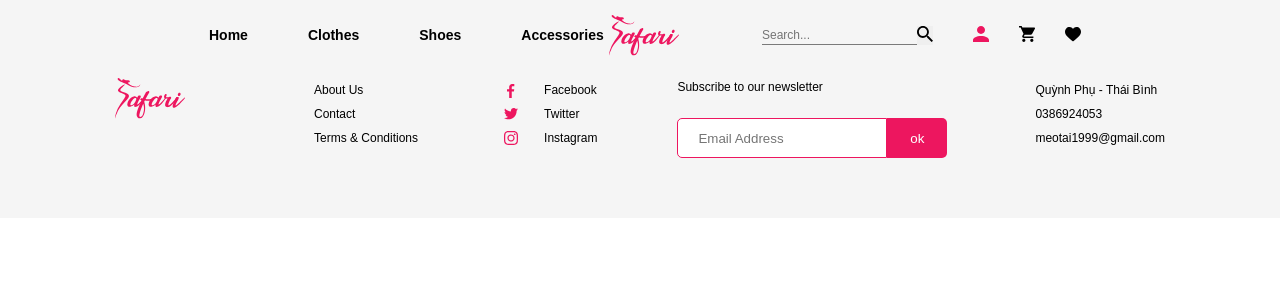
Repository: tboy1999/safari
Page: views/user.html
An editor plug-in stored every save of this project. The page is shown before and after the next save, followed by the edit.
The browser window is 1280 px wide. The pictures show the whole page.
Some web libraries are served in a nearby version. The style sheet was rebuilt from its Sass, Less or Tailwind sources for each picture, by a compiler version that may differ from the author's.

Above is the page before, as saved 2022-04-28 14:57:29.

### views/user.html
<!DOCTYPE html>
<html lang="en">
<head>
  <meta charset="UTF-8">
  <meta http-equiv="X-UA-Compatible" content="IE=edge">
  <meta name="viewport" content="width=device-width, initial-scale=1.0">
  <title>user</title>
  <link rel="shortcut icon" href="./image/logo/Logo.svg" type="image/x-icon">
  <link rel="preconnect" href="https://fonts.googleapis.com">
  <link rel="preconnect" href="https://fonts.gstatic.com" crossorigin>
  <link rel="stylesheet" href="https://cdnjs.cloudflare.com/ajax/libs/font-awesome/6.1.1/css/all.min.css" integrity="sha512-KfkfwYDsLkIlwQp6LFnl8zNdLGxu9YAA1QvwINks4PhcElQSvqcyVLLD9aMhXd13uQjoXtEKNosOWaZqXgel0g==" crossorigin="anonymous" referrerpolicy="no-referrer" />
  <link rel="stylesheet" href="../css/grid.css">
  <link rel="stylesheet" href="../css/user.css">
</head>
<body>
  <header id="header" class="header">
    <div class="container">
      <div class="header__container facenter">
        <ul class="header__list facenter fz14-fw600">
          <li class="header__item"><a href="../index.html" class="header__link">Home</a></li>
          <li class="header__item"><a href="./clothes.html" class="header__link">Clothes</a></li>
          <li class="header__item"><a href="./shoes.html" class="header__link">Shoes</a></li>
          <li class="header__item"><a href="./accessories.html" class="header__link">Accessories</a></li>
        </ul>
        <form class="header__search facenter">
          <input type="text" placeholder="Search..." class="fz12">
          <button type="submit"><img src="../image/header/search.svg" alt=""></button>
        </form>
        <div class="header__feature facenter">
          <a href="#" class="header__feature--active">
            <svg width="16" height="16" viewBox="0 0 16 16" fill="inherit" xmlns="http://www.w3.org/2000/svg">
            <path d="M8 0C9.06087 0 10.0783 0.421427 10.8284 1.17157C11.5786 1.92172 12 2.93913 12 4C12 5.06087 11.5786 6.07828 10.8284 6.82843C10.0783 7.57857 9.06087 8 8 8C6.93913 8 5.92172 7.57857 5.17157 6.82843C4.42143 6.07828 4 5.06087 4 4C4 2.93913 4.42143 1.92172 5.17157 1.17157C5.92172 0.421427 6.93913 0 8 0ZM8 10C12.42 10 16 11.79 16 14V16H0V14C0 11.79 3.58 10 8 10Z"/>
            </svg>
          </a>
          <a href="./cart.html">
            <svg width="16" height="16" viewBox="0 0 16 16" fill="inherit" xmlns="http://www.w3.org/2000/svg">
              <path d="M12.8 12.8C11.912 12.8 11.2 13.512 11.2 14.4C11.2 14.8243 11.3686 15.2313 11.6686 15.5314C11.9687 15.8314 12.3757 16 12.8 16C13.2243 16 13.6313 15.8314 13.9314 15.5314C14.2314 15.2313 14.4 14.8243 14.4 14.4C14.4 13.9757 14.2314 13.5687 13.9314 13.2686C13.6313 12.9686 13.2243 12.8 12.8 12.8ZM0 0V1.6H1.6L4.48 7.672L3.392 9.632C3.272 9.856 3.2 10.12 3.2 10.4C3.2 10.8243 3.36857 11.2313 3.66863 11.5314C3.96869 11.8314 4.37565 12 4.8 12H14.4V10.4H5.136C5.08296 10.4 5.03209 10.3789 4.99458 10.3414C4.95707 10.3039 4.936 10.253 4.936 10.2C4.936 10.16 4.944 10.128 4.96 10.104L5.68 8.8H11.64C12.24 8.8 12.768 8.464 13.04 7.976L15.904 2.8C15.96 2.672 16 2.536 16 2.4C16 2.18783 15.9157 1.98434 15.7657 1.83431C15.6157 1.68429 15.4122 1.6 15.2 1.6H3.368L2.616 0H0ZM4.8 12.8C3.912 12.8 3.2 13.512 3.2 14.4C3.2 14.8243 3.36857 15.2313 3.66863 15.5314C3.96869 15.8314 4.37565 16 4.8 16C5.22435 16 5.63131 15.8314 5.93137 15.5314C6.23143 15.2313 6.4 14.8243 6.4 14.4C6.4 13.9757 6.23143 13.5687 5.93137 13.2686C5.63131 12.9686 5.22435 12.8 4.8 12.8Z"/>
            </svg>
          </a>
          <a href="#">
            <svg width="16" height="15" viewBox="0 0 16 15" fill="inherit"
            xmlns="http://www.w3.org/2000/svg">
              <path d="M14.7307 1.39307C13.9025 0.494751 12.766 0 11.5304 0C10.6068 0 9.76099 0.291992 9.01636 0.867798C8.64062 1.15845 8.30017 1.51404 8 1.92908C7.69995 1.51416 7.35938 1.15845 6.98352 0.867798C6.23901 0.291992 5.39319 0 4.4696 0C3.23401 0 2.09741 0.494751 1.26917 1.39307C0.450806 2.28088 0 3.49377 0 4.80847C0 6.16162 0.504272 7.40027 1.58691 8.70667C2.55542 9.87524 3.94739 11.0615 5.55933 12.4352C6.10974 12.9043 6.73364 13.436 7.38147 14.0024C7.55261 14.1523 7.77222 14.2349 8 14.2349C8.22766 14.2349 8.44739 14.1523 8.61829 14.0027C9.26611 13.4362 9.89038 12.9042 10.441 12.4348C12.0527 11.0614 13.4447 9.87524 14.4132 8.70654C15.4958 7.40027 16 6.16162 16 4.80835C16 3.49377 15.5492 2.28088 14.7307 1.39307Z"/>
            </svg>
          </a>
        </div>
        <div class="header__logo">
          <a href="../index.html"><img src="../image/logo/Logo.svg" alt=""></a>
        </div>
      </div>
    </div>
  </header>

  <main id="user" class="user">
    <div class="container">
      <div class="user__container">
        <div class="row">
          <div class="col xxl-3">
            <div class="user__list">
              <div class="user__item fz16">ACCOUNT DASHBOARD</div>
              <div class="user__item"></div>
              <div class="user__item"></div>
              <div class="user__item"></div>
              <div class="user__item"></div>
              <div class="user__item"></div>
            </div>
          </div>
          <div class="col xxl-9"></div>
        </div>
      </div>
    </div>
  </main>

  <footer class="footer">
    <div class="container">
      <div class="footer__container d-flex fz12">
        <div class="footer__logo">
          <a href="../index.html"><img src="../image/logo/Logo.svg" alt=""></a>
        </div>
        <div class="footer__body d-flex gap80">
          <ul class="footer__pages">
            <li class="footer__item fz12"><a href="#">About Us</a></li>
            <li class="footer__item fz12"><a href="#">Contact</a></li>
            <li class="footer__item fz12"><a href="#">Terms & Conditions</a></li>
          </ul>
          <ul class="footer__networks">
            <li class="footer__item facenter gap20">
              <div class="footer__icon flex-center">
                <a href="#" class="facenter"><img src="../image/footer/fb.svg" alt=""></a>
              </div>
              <p><a href="#">Facebook</a></p>
            </li>
            <li class="footer__item facenter gap20">
              <div class="footer__icon flex-center">
                <a href="#" class="facenter"><img src="../image/footer/twitter.svg" alt=""></a>
              </div>
              <p><a href="#">Twitter</a></p>
            </li>
            <li class="footer__item facenter gap20">
              <div class="footer__icon flex-center">
                <a href="#" class="facenter"><img src="../image/footer/instagram.svg" alt=""></a>
              </div>
              <p><a href="#">Instagram</a></p>
            </li>
          </ul>
          <div class="footer__input">
            <p>Subscribe to our newsletter</p>
            <form action="" class="facenter footer__form">
              <input type="text" placeholder="Email Address">
              <button type="submit">ok</button>
            </form>
          </div>
        </div>
        <div class="footer__info">
          <p>Quỳnh Phụ - Thái Bình</p>
          <p>0386924053</p>
          <p>meotai1999@gmail.com</p>
        </div>
      </div>
    </div>
  </footer>
</body>
</html>

### css/grid.css
.container {
    width: 100%;
    display: block;
    padding: 0 15px;
    max-width: 1470px;
    margin: 0 auto;
}
.row {
    display: flex;
    flex-wrap: wrap;
}

.row.no-gutters {
    margin-left: 0;
    margin-right: 0;
}
.row.no-gutters .col {
    padding-left: 0;
    padding-right: 0;
}
@media screen and (max-width: 575.98px) {

    .row {
        margin-left: -4px;
        margin-right: -4px;
    }


    .col {
        padding-left: 4px;
        padding-right: 4px;
    }


    .xs-0 {
        display: none;
    }

    .xs-1 {
        flex: 0 0 8.33333%;
        max-width: 8.33333%;
    }

    .xs-2 {
        flex: 0 0 16.66667%;
        max-width: 16.66667%;
    }

    .xs-3 {
        flex: 0 0 25%;
        max-width: 25%;
    }

    .xs-4 {
        flex: 0 0 33.33333%;
        max-width: 33.33333%;
    }

    .xs-5 {
        flex: 0 0 41.66667%;
        max-width: 41.66667%;
    }

    .xs-6 {
        flex: 0 0 50%;
        max-width: 50%;
    }

    .xs-7 {
        flex: 0 0 58.33333%;
        max-width: 58.33333%;
    }

    .xs-8 {
        flex: 0 0 66.66667%;
        max-width: 66.66667%;
    }

    .xs-9 {
        flex: 0 0 75%;
        max-width: 75%;
    }

    .xs-10 {
        flex: 0 0 83.33333%;
        max-width: 83.33333%;
    }

    .xs-11 {
        flex: 0 0 91.66667%;
        max-width: 91.66667%;
    }

    .xs-12 {
        flex: 0 0 100%;
        max-width: 100%;
    }

    .xs-o-1 {
        margin-left: 8.33333%;
    }

    .xs-o-2 {
        margin-left: 16.66667%;
    }

    .xs-o-3 {
        margin-left: 25%;
    }

    .xs-o-4 {
        margin-left: 33.33333%;
    }

    .xs-o-5 {
        margin-left: 41.66667%;
    }

    .xs-o-6 {
        margin-left: 50%;
    }

    .xs-o-7 {
        margin-left: 58.33333%;
    }

    .xs-o-8 {
        margin-left: 66.66667%;
    }

    .xs-o-9 {
        margin-left: 75%;
    }

    .xs-o-10 {
        margin-left: 83.33333%;
    }

    .xs-o-11 {
        margin-left: 91.66667%;
    }
}



@media (min-width: 576px) and (max-width: 767.98px) {
    .row {
        margin-left: -6px;
        margin-right: -6px;
    }
    .col {
        padding-left: 6px;
        padding-right: 6px;
    }
    .sm-0 {
        display: none;
    }
    .sm-1,
    .sm-2,
    .sm-3,
    .sm-4,
    .sm-5,
    .sm-6,
    .sm-7,
    .sm-8,
    .sm-9,
    .sm-10,
    .sm-11,
    .sm-12 {
        display: block;
    }
    .sm-1 {
        flex: 0 0 8.33333%;
        max-width: 8.33333%;
    }
    .sm-2 {
        flex: 0 0 16.66667%;
        max-width: 16.66667%;
    }
    .sm-3 {
        flex: 0 0 25%;
        max-width: 25%;
    }
    .sm-4 {
        flex: 0 0 33.33333%;
        max-width: 33.33333%;
    }
    .sm-5 {
        flex: 0 0 41.66667%;
        max-width: 41.66667%;
    }
    .sm-6 {
        flex: 0 0 50%;
        max-width: 50%;
    }
    .sm-7 {
        flex: 0 0 58.33333%;
        max-width: 58.33333%;
    }
    .sm-8 {
        flex: 0 0 66.66667%;
        max-width: 66.66667%;
    }
    .sm-9 {
        flex: 0 0 75%;
        max-width: 75%;
    }
    .sm-10 {
        flex: 0 0 83.33333%;
        max-width: 83.33333%;
    }
    .sm-11 {
        flex: 0 0 91.66667%;
        max-width: 91.66667%;
    }
    .sm-12 {
        flex: 0 0 100%;
        max-width: 100%;
    }
    .sm-o-1 {
        margin-left: 8.33333%;
    }
    .sm-o-2 {
        margin-left: 16.66667%;
    }
    .sm-o-3 {
        margin-left: 25%;
    }
    .sm-o-4 {
        margin-left: 33.33333%;
    }
    .sm-o-5 {
        margin-left: 41.66667%;
    }
    .sm-o-6 {
        margin-left: 50%;
    }
    .sm-o-7 {
        margin-left: 58.33333%;
    }
    .sm-o-8 {
        margin-left: 66.66667%;
    }
    .sm-o-9 {
        margin-left: 75%;
    }
    .sm-o-10 {
        margin-left: 83.33333%;
    }
    .sm-o-11 {
        margin-left: 91.66667%;
    }
}

/* >= Tablet */

@media (min-width: 768px) and (max-width: 1023.98px) {
    .container {
        width: 644px;
    }
    .row {
        margin-left: -8px;
        margin-right: -8px;
    }
    .col {
        padding-left: 8px;
        padding-right: 8px;
    }
    .md-0 {
        display: none;
    }
    .md-1,
    .md-2,
    .md-3,
    .md-4,
    .md-5,
    .md-6,
    .md-7,
    .md-8,
    .md-9,
    .md-10,
    .md-11,
    .md-12 {
        display: block;
    }
    .md-1 {
        flex: 0 0 8.33333%;
        max-width: 8.33333%;
    }
    .md-2 {
        flex: 0 0 16.66667%;
        max-width: 16.66667%;
    }
    .md-3 {
        flex: 0 0 25%;
        max-width: 25%;
    }
    .md-4 {
        flex: 0 0 33.33333%;
        max-width: 33.33333%;
    }
    .md-5 {
        flex: 0 0 41.66667%;
        max-width: 41.66667%;
    }
    .md-6 {
        flex: 0 0 50%;
        max-width: 50%;
    }
    .md-7 {
        flex: 0 0 58.33333%;
        max-width: 58.33333%;
    }
    .md-8 {
        flex: 0 0 66.66667%;
        max-width: 66.66667%;
    }
    .md-9 {
        flex: 0 0 75%;
        max-width: 75%;
    }
    .md-10 {
        flex: 0 0 83.33333%;
        max-width: 83.33333%;
    }
    .md-11 {
        flex: 0 0 91.66667%;
        max-width: 91.66667%;
    }
    .md-12 {
        flex: 0 0 100%;
        max-width: 100%;
    }
    .md-o-1 {
        margin-left: 8.33333%;
    }
    .md-o-2 {
        margin-left: 16.66667%;
    }
    .md-o-3 {
        margin-left: 25%;
    }
    .md-o-4 {
        margin-left: 33.33333%;
    }
    .md-o-5 {
        margin-left: 41.66667%;
    }
    .md-o-6 {
        margin-left: 50%;
    }
    .md-o-7 {
        margin-left: 58.33333%;
    }
    .md-o-8 {
        margin-left: 66.66667%;
    }
    .md-o-9 {
        margin-left: 75%;
    }
    .md-o-10 {
        margin-left: 83.33333%;
    }
    .md-o-11 {
        margin-left: 91.66667%;
    }
}

/* > PC low resolution */

@media (min-width: 1024px) and (max-width: 1279.98px) {
    .container {
        width: 984px;
    }
    .row {
        margin-left: -12px;
        margin-right: -12px;
    }
    .col {
        padding-left: 12px;
        padding-right: 12px;
    }
    .lg-0 {
        display: none;
    }
    .lg-1,
    .lg-2,
    .lg-2-4,
    .lg-3,
    .lg-4,
    .lg-5,
    .lg-6,
    .lg-7,
    .lg-8,
    .lg-9,
    .lg-10,
    .lg-11,
    .lg-12 {
        display: block;
    }
    .lg-1 {
        flex: 0 0 8.33333%;
        max-width: 8.33333%;
    }
    .lg-2 {
        flex: 0 0 16.66667%;
        max-width: 16.66667%;
    }
    .lg-2-4 {
        flex: 0 0 20%;
        max-width: 20%;
    }
    .lg-3 {
        flex: 0 0 25%;
        max-width: 25%;
    }
    .lg-4 {
        flex: 0 0 33.33333%;
        max-width: 33.33333%;
    }
    .lg-5 {
        flex: 0 0 41.66667%;
        max-width: 41.66667%;
    }
    .lg-6 {
        flex: 0 0 50%;
        max-width: 50%;
    }
    .lg-7 {
        flex: 0 0 58.33333%;
        max-width: 58.33333%;
    }
    .lg-8 {
        flex: 0 0 66.66667%;
        max-width: 66.66667%;
    }
    .lg-9 {
        flex: 0 0 75%;
        max-width: 75%;
    }
    .lg-10 {
        flex: 0 0 83.33333%;
        max-width: 83.33333%;
    }
    .lg-11 {
        flex: 0 0 91.66667%;
        max-width: 91.66667%;
    }
    .lg-12 {
        flex: 0 0 100%;
        max-width: 100%;
    }
    .lg-o-1 {
        margin-left: 8.33333%;
    }
    .lg-o-2 {
        margin-left: 16.66667%;
    }
    .lg-o-3 {
        margin-left: 25%;
    }
    .lg-o-4 {
        margin-left: 33.33333%;
    }
    .lg-o-5 {
        margin-left: 41.66667%;
    }
    .lg-o-6 {
        margin-left: 50%;
    }
    .lg-o-7 {
        margin-left: 58.33333%;
    }
    .lg-o-8 {
        margin-left: 66.66667%;
    }
    .lg-o-9 {
        margin-left: 75%;
    }
    .lg-o-10 {
        margin-left: 83.33333%;
    }
    .lg-o-11 {
        margin-left: 91.66667%;
    }
}


@media (min-width: 1280px) and (max-width: 1535.98px) {
    .container {
        width: 1200px;
    }
    .row {
        margin-left: -12px;
        margin-right: -12px;
    }
    .col {
        padding-left: 12px;
        padding-right: 12px;
    }
    .xl-0 {
        display: none;
    }
    .xl-1,
    .xl-2,
    .xl-2-4,
    .xl-3,
    .xl-4,
    .xl-5,
    .xl-6,
    .xl-7,
    .xl-8,
    .xl-9,
    .xl-10,
    .xl-11,
    .xl-12 {
        display: block;
    }
    .xl-1 {
        flex: 0 0 8.33333%;
        max-width: 8.33333%;
    }
    .xl-2 {
        flex: 0 0 16.66667%;
        max-width: 16.66667%;
    }
    .xl-2-4 {
        flex: 0 0 20%;
        max-width: 20%;
    }
    .xl-3 {
        flex: 0 0 25%;
        max-width: 25%;
    }
    .xl-4 {
        flex: 0 0 33.33333%;
        max-width: 33.33333%;
    }
    .xl-5 {
        flex: 0 0 41.66667%;
        max-width: 41.66667%;
    }
    .xl-6 {
        flex: 0 0 50%;
        max-width: 50%;
    }
    .xl-7 {
        flex: 0 0 58.33333%;
        max-width: 58.33333%;
    }
    .xl-8 {
        flex: 0 0 66.66667%;
        max-width: 66.66667%;
    }
    .xl-9 {
        flex: 0 0 75%;
        max-width: 75%;
    }
    .xl-10 {
        flex: 0 0 83.33333%;
        max-width: 83.33333%;
    }
    .xl-11 {
        flex: 0 0 91.66667%;
        max-width: 91.66667%;
    }
    .xl-12 {
        flex: 0 0 100%;
        max-width: 100%;
    }
    .xl-o-1 {
        margin-left: 8.33333%;
    }
    .xl-o-2 {
        margin-left: 16.66667%;
    }
    .xl-o-3 {
        margin-left: 25%;
    }
    .xl-o-4 {
        margin-left: 33.33333%;
    }
    .xl-o-5 {
        margin-left: 41.66667%;
    }
    .xl-o-6 {
        margin-left: 50%;
    }
    .xl-o-7 {
        margin-left: 58.33333%;
    }
    .xl-o-8 {
        margin-left: 66.66667%;
    }
    .xl-o-9 {
        margin-left: 75%;
    }
    .xl-o-10 {
        margin-left: 83.33333%;
    }
    .xl-o-11 {
        margin-left: 91.66667%;
    }
}

@media (min-width: 1536px) {
    .container {
        width: 1440px;
    }
    .row {
        margin-left: -25px;
        margin-right: -25px;
    }
    .col {
        padding-left: 25px;
        padding-right: 25px;
    }
    .xxl-0 {
        display: none;
    }
    .xxl-1,
    .xxl-2,
    .xxl-2-4,
    .xxl-3,
    .xxl-4,
    .xxl-5,
    .xxl-6,
    .xxl-7,
    .xxl-8,
    .xxl-9,
    .xxl-10,
    .xxl-11,
    .xxl-12 {
        display: block;
    }
    .xxl-1 {
        flex: 0 0 8.33333%;
        max-width: 8.33333%;
    }
    .xxl-2 {
        flex: 0 0 16.66667%;
        max-width: 16.66667%;
    }
    .xxl-2-4 {
        flex: 0 0 20%;
        max-width: 20%;
    }
    .xxl-3 {
        flex: 0 0 25%;
        max-width: 25%;
    }
    .xxl-4 {
        flex: 0 0 33.33333%;
        max-width: 33.33333%;
    }
    .xxl-5 {
        flex: 0 0 41.66667%;
        max-width: 41.66667%;
    }
    .xxl-6 {
        flex: 0 0 50%;
        max-width: 50%;
    }
    .xxl-7 {
        flex: 0 0 58.33333%;
        max-width: 58.33333%;
    }
    .xxl-8 {
        flex: 0 0 66.66667%;
        max-width: 66.66667%;
    }
    .xxl-9 {
        flex: 0 0 75%;
        max-width: 75%;
    }
    .xxl-10 {
        flex: 0 0 83.33333%;
        max-width: 83.33333%;
    }
    .xxl-11 {
        flex: 0 0 91.66667%;
        max-width: 91.66667%;
    }
    .xxl-12 {
        flex: 0 0 100%;
        max-width: 100%;
    }
    .xxl-o-1 {
        margin-left: 8.33333%;
    }
    .xxl-o-2 {
        margin-left: 16.66667%;
    }
    .xxl-o-3 {
        margin-left: 25%;
    }
    .xxl-o-4 {
        margin-left: 33.33333%;
    }
    .xxl-o-5 {
        margin-left: 41.66667%;
    }
    .xxl-o-6 {
        margin-left: 50%;
    }
    .xxl-o-7 {
        margin-left: 58.33333%;
    }
    .xxl-o-8 {
        margin-left: 66.66667%;
    }
    .xxl-o-9 {
        margin-left: 75%;
    }
    .xxl-o-10 {
        margin-left: 83.33333%;
    }
    .xxl-o-11 {
        margin-left: 91.66667%;
    }
}

### scss/user.scss
@import 'reset';
@import 'variable';
@import 'global';
@import 'alike';
@import 'header';
@import 'footer';

### scss/_reset.scss
* {
  padding: 0;
  margin: 0;
  box-sizing: border-box;
}

html:focus-within {
  scroll-behavior: smooth;
}

a,
button {
  display: block;
  outline: none;
  border: none;
  text-decoration: none;
  color: inherit;
  cursor: pointer;
}

input {
  outline: none;
}

ul {
  list-style-type: none;
}

// img {
//   width: 100%;
//   height: 100%;
//   object-fit: cover;
// }

### scss/_variable.scss
$text-color: #686868;
$primary-color: #ED165F;

$header-background-color: #F5F5F5;
$footer-background-color: #F5F5F5;

### scss/_global.scss
html {
  font-size: 10px;
  line-height: 1;
  scroll-behavior: smooth !important;
}

body {
  font-family: 'Mulish', sans-serif;
}

body .auto-top {
  display: none;
  position: fixed;
  right: 50px;
  top: 50%;
  width: 60px;
  height: 50px;
  border: 1px solid #000000;
  border-radius: 5px;
  animation: autoTop 2s ease-in-out;
  animation-iteration-count: infinite;
}
@keyframes autoTop {
  from {
    transform: translateY(0)
  }
  to {
    transform: translateY(-20px)
  }
}

.facenter {
  display: flex;
  align-items: center;
}

.facb {
  display:flex;
  justify-content: space-between;
  align-items: center;
}

.flex-center {
  display: flex;
  justify-content: center;
  align-items: center;
}

.d-flex {
  display: flex;
  flex-wrap: wrap;
}

.flex-column {
  display: flex;
  flex-direction: column;
}

.gap64 {
  gap: 64px
}

.gap80 {
  gap: 0 80px
}

.gap32 {
  gap: 32px
}

.gap20 {
  gap: 0 20px
}

.gap16 {
  gap: 16px
}
.gap8 {
  gap: 8px
}

### scss/_alike.scss
.fz40 {
  font-weight: 700;
  font-size: 4rem;
  line-height: calc(24/40);
}

.fz30 {
  font-weight: 600;
  font-size: 30px;
}


.fz24 {
  font-weight: 400;
  font-size: 2.4rem;
  line-height: calc(35/24);
  &-fw600 {
    font-weight: 600;
    font-size: 2.4rem;
    line-height: calc(35/24);
  }
  &-fw800 {
    font-weight: 800;
    font-size: 2.4rem;
    line-height: calc(35/24);
  }
}

.fz20 {
  font-weight: 400;
  font-size: 2rem;
  line-height: calc(23/20);
  &-fw800 {
    font-weight: 800;
    font-size: 2rem;
    line-height: calc(23/20);
  }
  &-fw600 {
    font-weight: 600;
    font-size: 2rem;
    line-height: calc(23/20);
  }
}

.fz18 {
  font-weight: 800;
  font-size: 1.8rem;
  line-height: calc(24/18);
}

.fz16 {
  font-weight: 600;
  font-size: 1.6rem;
  line-height: calc(18/16);
  color: $text-color;
  &-fw800 {
    font-weight: 800;
    font-size: 1.6rem;
    line-height: calc(18/16);
  }
}

.fz14 {
  font-weight: 400;
  font-size: 1.4rem;
  line-height: calc(18/14);
  &-fw600 {
    font-weight: 600;
    font-size: 1.4rem;
    line-height: calc(18/14);
  }
}

.fz12 {
  font-weight: 400;
  font-size: 1.2rem;
  line-height: calc(18/12);
}

.fz10 {
  font-weight: 700;
  font-size: 1rem;
  line-height: calc(18/10);
}

### scss/_header.scss
.header {
  position: fixed;
  top: 0;
  left: 0;
  right: 0;
  z-index: 99999;
  background-color: $header-background-color;
  &__container {
    height: 70px;
    padding: 0 144px;
  }
  &__list {
    gap: 0 40px;
    flex: 1
  }
  &__search {
    input {
      border:none;
      border-bottom: 1px solid rgba(0, 0, 0, 0.5);
      color: rgba(0, 0, 0, 0.5);
      background-color: inherit;
    }
  }
  &__link {
    padding: 6px 10px;
    transition: all 0.2s linear;
    position: relative;
    &::after {
      content: "";
      position: absolute;
      width: 0;
      left: auto;
      right: 0;
      bottom: 0;
      height: 1px;
      transition: all 0.2s linear;
      background-color: red;
    }
    &:hover {
      color: $primary-color;
      &::after {
        width: 100%;
        right: auto;
        left: 0
      }
    }
    &.header__item--active {
      color: $primary-color;
      font-weight: 800;
      &::after {
        width: 100%;
      }
    }
  }
  &__feature {
    gap: 0 30px;
    margin-left: 40px;
    .header__feature--active {
      fill: $primary-color;
    }
  }
  &__logo {
    position: absolute;
    left: 47.57%;
    right: 47.57%;
    top: 21.43%;
    bottom: 20.93%;
  }
}

### scss/_footer.scss
.footer {
  background-color: $footer-background-color;
  &__container {
    padding: 60px;
  }
  &__pages {
    margin-left: 129px;
    a {
      padding: 3px 0;
    }
  }
  &__networks {
    a {
      padding: 3px 0
    }
  }
  &__icon {
    width: 26px
  }
  &__body {
    flex: 1
  }
  &__form {
    margin-top: 22px;
    width: 270px;
    height: 40px;
    border-radius: 5px;
    input {
      border: 1px solid $primary-color;
      padding: 0 0 0 20px;
      height: inherit;
      flex: 1;
      border-top-left-radius: 5px;
      border-bottom-left-radius: 5px;
    }
    button {
      width: 60px;
      height: inherit;
      background-color: $primary-color;
      color: #fff;
      border-top-right-radius: 5px;
      border-bottom-right-radius: 5px;
    }
  }
  &__info {
    p {
      padding: 3px 0
    }
  }
}

After the next save:
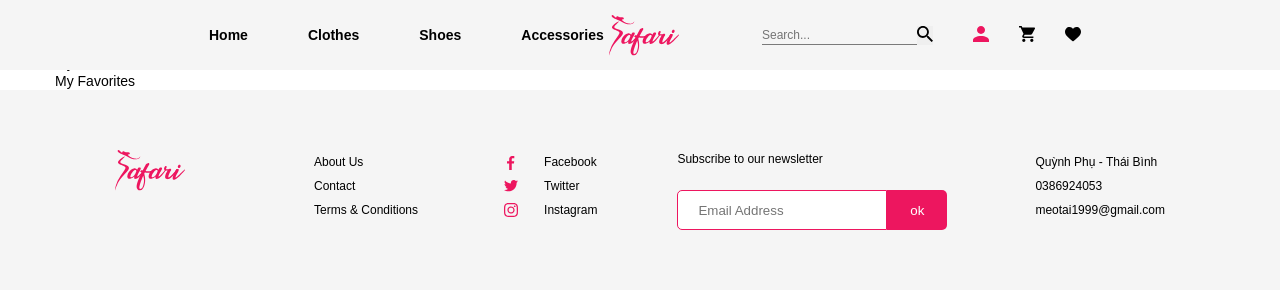
Saved 68 s later.
--- a/views/user.html
+++ b/views/user.html
@@ -57,12 +57,12 @@
         <div class="row">
           <div class="col xxl-3">
             <div class="user__list">
-              <div class="user__item fz16">ACCOUNT DASHBOARD</div>
-              <div class="user__item"></div>
-              <div class="user__item"></div>
-              <div class="user__item"></div>
-              <div class="user__item"></div>
-              <div class="user__item"></div>
+              <div class="user__item fz16-fw800">ACCOUNT DASHBOARD</div>
+              <div class="user__item fz14">Account Information</div>
+              <div class="user__item fz14">Address Book</div>
+              <div class="user__item fz14">My Orders</div>
+              <div class="user__item fz14">My Favorites</div>
+              <div class="user__item fz14"></div>
             </div>
           </div>
           <div class="col xxl-9"></div>
